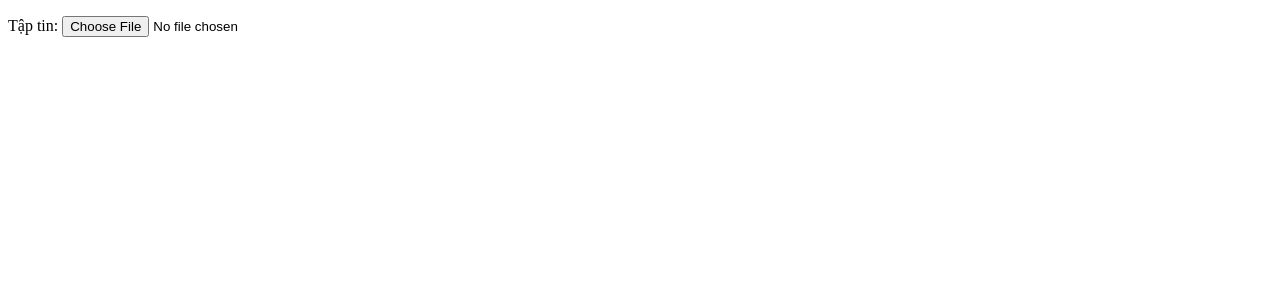
Repository: hoa-nguyen-bk/Module_3
Page: http://localhost/Bai3_JSP/btvn_3_4_upload-file.jsp
An editor plug-in stored every save of this project. The page is shown before and after a run of saves, followed by the edit.
The browser window is 1280 px wide. The pictures show the whole page.
The page is served by Tomcat 9.

Above is the page before, as saved 2024-08-06 12:51:32.

After the next 3 saves:
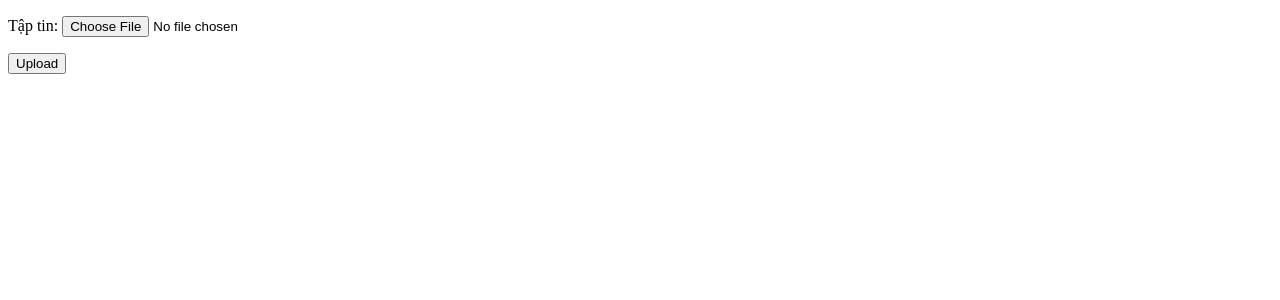
The 3 saves are shown as one change because they came seconds apart.
The last was saved 55 s later.
--- a/Bai3_JSP/src/main/webapp/btvn_3_4_upload-file.jsp
+++ b/Bai3_JSP/src/main/webapp/btvn_3_4_upload-file.jsp
@@ -9,7 +9,7 @@
 <body>
 <form action="UploadServlet" method="post" enctype="multipart/form-data">
 	<p>Tập tin: <input type="file" name="tapTin" /></p>
-
+	<p> <input type="submit" name="btnUpload" value="Upload" /></p>
 </form>
 </body>
 </html>
